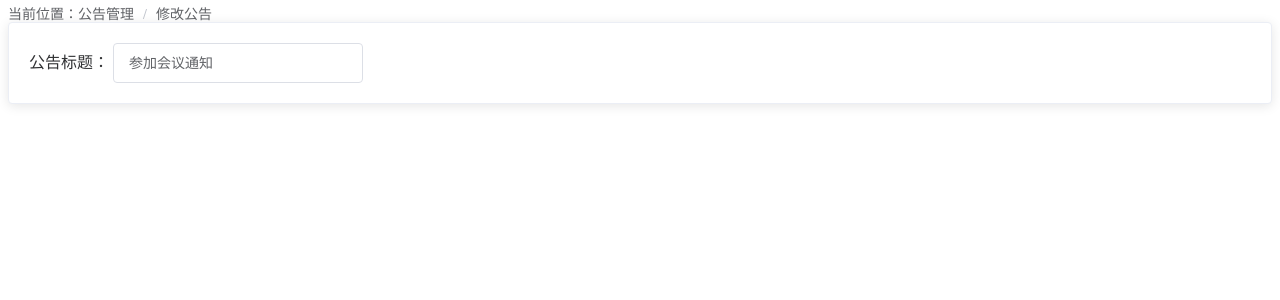
Repository: YUNjwyao/vue_hrm
Page: /#/updateNotice
An editor plug-in stored every save of this project. The page is shown before and after the next save, followed by the edit.
The browser window is 1280 px wide. The pictures show the whole page.
The project was rebuilt for these pictures with package versions that can differ from the ones it lists, and the page was loaded fresh each time. Also part of the build but not shown: src/components/Employee/EmployeeQuery.vue, src/components/Employee/ShowAddEmployee.vue, src/components/Employee/ShowUpdateEmployee.vue, src/components/Notice/Notice.vue.

Above is the page before, as saved 2020-10-15 21:29:12.

After the next save:
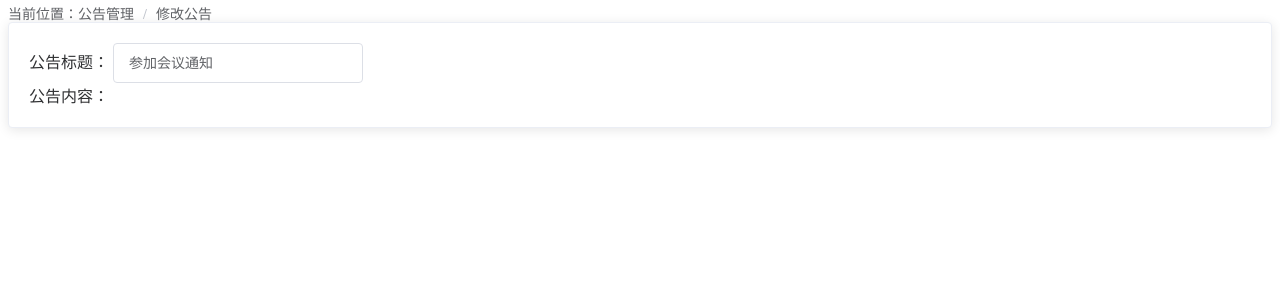
Saved 59 s later.
--- a/src/components/Notice/ShowUpdateNotice.vue
+++ b/src/components/Notice/ShowUpdateNotice.vue
@@ -11,6 +11,12 @@
 			<el-col :span="8">
 				公告标题：
 				<el-input value="参加会议通知"></el-input>
+			</el-col>
+		</el-row>
+			<el-row>
+			<el-col :span="16">
+				公告内容：
+
 			</el-col>
 		</el-row>
 	</el-card>
